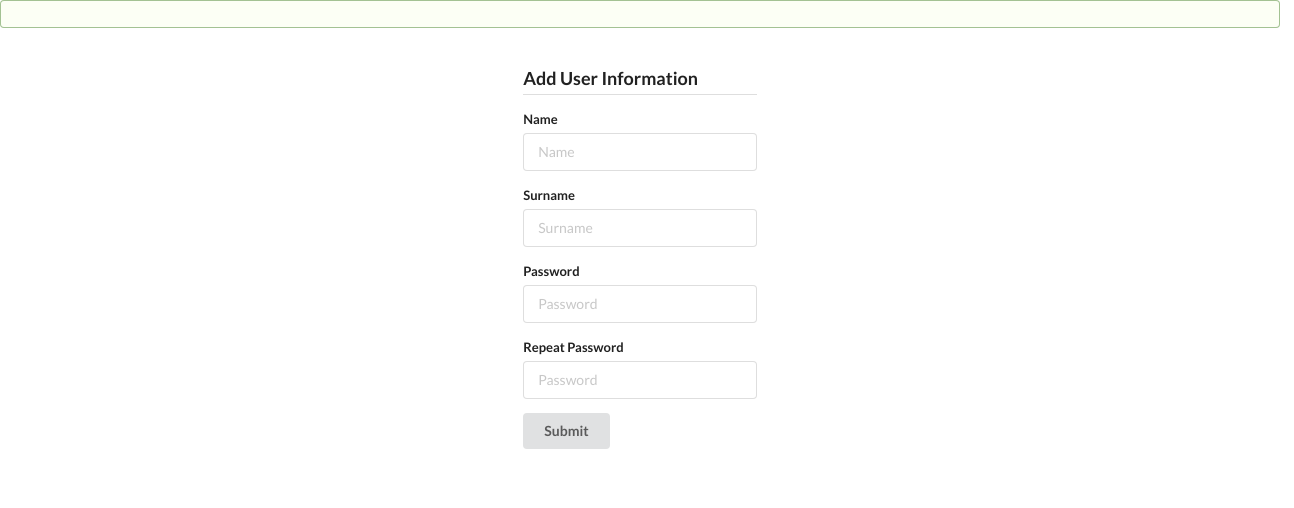
Repository: fabienpuissant/ASI_Atelier2
Page: card-market/src/main/resources/static/addUser.html
An editor plug-in stored every save of this project. The page is shown before and after the next save, followed by the edit.
The browser window is 1280 px wide. The page is 1294 px wide, so the pictures cover 1294 px, including what lies to the right of the window. The pictures show the whole page.

Above is the page before, as saved 2020-04-16 17:16:35.

### card-market/src/main/resources/static/addUser.html
<!DOCTYPE html>
<html>
<head>
<meta charset="ISO-8859-1">
<title>Register</title>

<link rel="stylesheet" type="text/css" href="Semantic-UI/semantic.css">
</head>
<body>

<div class="ui positive message" id = "successbanner">
		<div class="header" id = "error" style = "text-align:center;">

		</div>
</div>

<div class="ui negative message" id = "errorbanner">
		<div class="header" id = "error" style = "text-align:center;">

		</div>
</div>

 <div class="ui five column grid">
     <div class="row"></div>
     <div class="column"></div>
     <div class="column"></div>
     <div class="column">
         <form class="ui form" action="" method="POST" id = "form">
             <h3 class="ui dividing header">Add User Information</h3>
             <div class="field">
                 <label>Name</label>
                 <input type="text" name="Name" placeholder="Name" id = "Name" required>
             </div>
             <div class="field">
                 <label>Surname</label>
                 <input type="text" name="Surname" placeholder="Surname" id = "Surname" required>
             </div>
             <div class="field">
                 <label>Password</label>
                 <input type="password" name="Password" placeholder="Password" id = "Password" required>
             </div>
             <div class="field">
                 <label>Repeat Password</label>
                 <input type="password" name="RepeatPassword" placeholder="Password" id = RepeatPassword required>
             </div>
             <button class="ui button" >Submit</button>
         </form>
     </div>
 </div>

  <script src="js/jquery-3.3.1.min.js"></script>
  <script src="Semantic-UI/semantic.js"></script>
  <script src="js/addUser.js"></script>
</body>
</html>

### card-market/src/main/resources/static/js/addUser.js
//Valeurs par défaut de la carte à l'arrivée sur la page

$(document).ready(function(){

$("#errorbanner").hide();

$("#form").submit(function(event){

	$("#errorbanner").hide();

	event.preventDefault();
	var error = "";

	var Name = $("#Name").val();
	var Surname = $("#Surname").val();
	var Password = $("#Password").val();
	var RepeatPassword = $("#RepeatPassword").val()

	//Si jamais le formulaire n'est pas compètement rempli
	if(Name == "" || Surname == "" || Password == "" || RepeatPassword == ""){
		error = "Please fully complete the form";
	}
	else if (Password != RepeatPassword){
		error = "Passwords don't match";
	}
	else {
		//Si le formulaire est complètement rempli, on peut faire un appel ajax vers le serveur afin qu'il ajoute l'utilisateur

		var json = {"name": Name, "surname": Surname, "password": Password};
		$.ajax({
		  url:"/UserService/addUser",
		  type:"POST",
		  data:JSON.stringify(json),
		  contentType:"application/json; charset=utf-8",
		  dataType:"json",
		  success: function( data ){
			  console.log(data);
		  }
		})

	}

	if(error != ""){
		$("#error").text(error);
		$("#errorbanner").show();
	}


});


});

Loaded but not shown: card-market/src/main/resources/static/Semantic-UI/semantic.css (library); card-market/src/main/resources/static/js/jquery-3.3.1.min.js (library); card-market/src/main/resources/static/Semantic-UI/semantic.js (library)

After the next save:
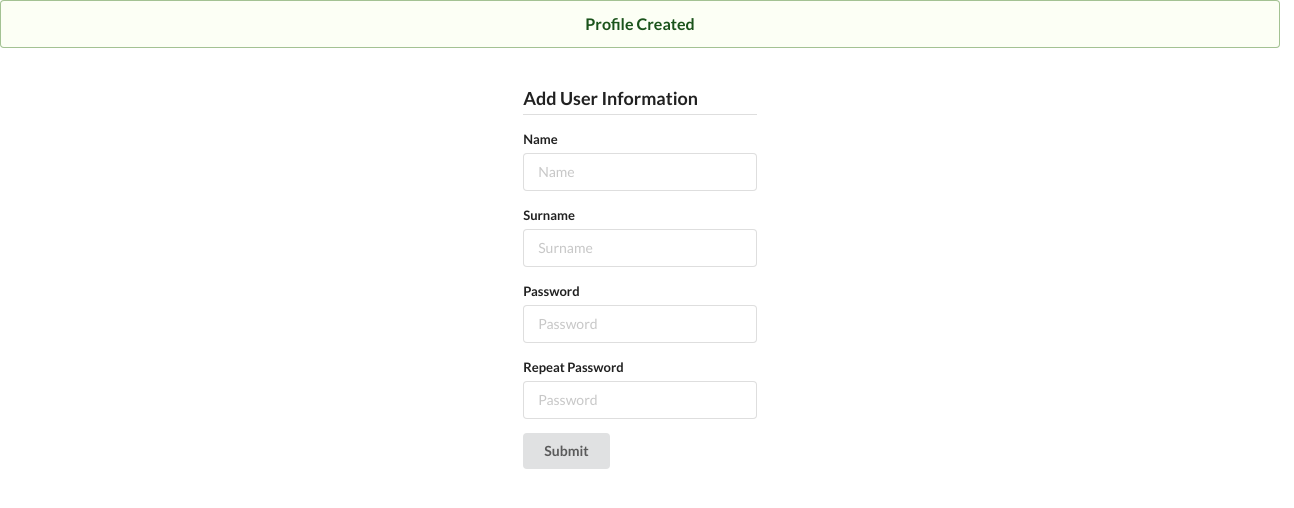
Saved 17 s later.
--- a/card-market/src/main/resources/static/addUser.html
+++ b/card-market/src/main/resources/static/addUser.html
@@ -10,7 +10,7 @@
 
 <div class="ui positive message" id = "successbanner">
 		<div class="header" id = "error" style = "text-align:center;">
-
+			Profile Created
 		</div>
 </div>
 
